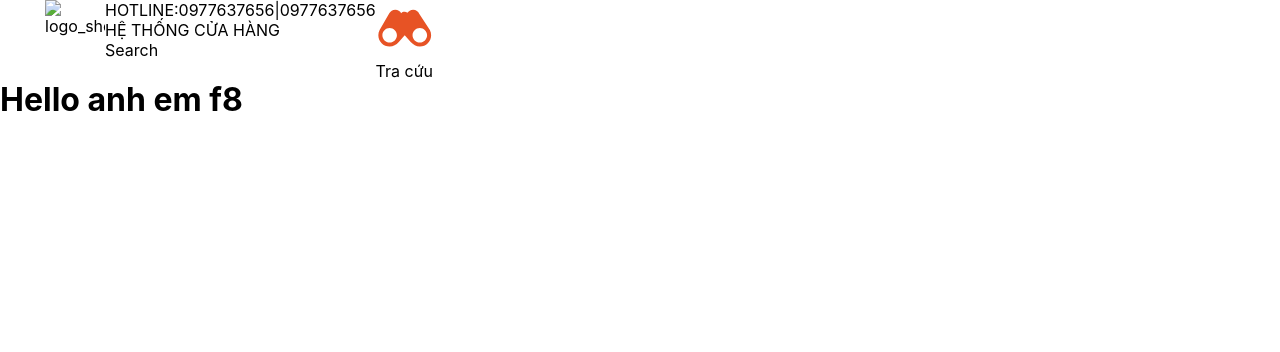
Repository: manhhieu120499/BadmintonShop
Page: /
These files come from the project's save history. The page is drawn as it stood at one moment and after the next save; the edit follows.
The browser window is 1280 px wide. The pictures show the whole page.
The project was rebuilt for these pictures with package versions that can differ from the ones it lists, and the page was loaded fresh each time. Also part of the build but not shown: src/components/Button/Button.module.scss.

Above is the page before, as saved 2024-08-18 17:59:24.

### src/App.js
import './App.css';
import { DefaultLayout } from './layouts/DefaultLayout';

function App() {
	return (
		<DefaultLayout>
			<div className="App">
				<h1>Hello anh em f8</h1>
			</div>
		</DefaultLayout>
	);
}

export default App;

### src/App.css
/*reset css*/
* {
	margin: 0;
	padding: 0;
	box-sizing: border-box;
}

### src/layouts/DefaultLayout/DefaultLayout.js
import classNames from 'classnames/bind';
import styles from './DefaultLayout.module.scss';
import { Header } from '../components/';

const cx = classNames.bind(styles);

function DefaultLayout({ children }) {
	return (
		<div className={cx('container')}>
			<Header />
			{children}
		</div>
	);
}

export default DefaultLayout;

### src/layouts/DefaultLayout/DefaultLayout.module.scss
.container {
	width: 100vw;
	min-height: 100vh;
	background-color: white;
}

### src/layouts/components/Header/Header.js
import classNames from 'classnames/bind';
import styles from './Header.module.scss';
import images from '../../../assets/images';
import Search from '../Search';
import { LookupIcon } from '../../../components/Icons';
import Button from '../../../components/Button';
const cx = classNames.bind(styles);
function Header() {
	return (
		<div className={cx('wrapper')}>
			<img
				className={cx('logo-brand')}
				src={images.logo}
				alt="logo_shop"
			/>
			<div className={cx('header-content')}>
				<div className={cx('info-contact')}>
					{/** icon */}
					<p>
						HOTLINE:
						<span>0977637656</span>
						<span>|</span>
						<span>0977637656</span>
					</p>
				</div>
				<div className={cx('other-company')}>
					{/** icon */}
					<p>HỆ THỐNG CỬA HÀNG</p>
				</div>
				<Search />
			</div>
			<div className={cx('other')}>
				<Button title={'Tra cứu'} Icon={LookupIcon} />
			</div>
		</div>
	);
}

export default Header;

### src/layouts/components/Header/Header.module.scss
.wrapper {
	height: 80px;
	width: 100%;
	padding: 0 45px;
	display: flex;
}

.logo-brand {
	width: 60px;
	height: 60px;
	display: inline-block;
}

### src/assets/images/index.js
const images = {
	logo: require('../images/logo.svg').default,
};

export default images;

### src/layouts/components/Search/Search.js
function Search() {
	return <div>Search</div>;
}

export default Search;

### src/components/Icons/Icon.js
export const LookupIcon = () => {
	return (
		<svg
			version="1.1"
			id="Layer_1"
			xmlns="http://www.w3.org/2000/svg"
			x="0px"
			y="0px"
			viewBox="0 0 850.39 850.39"
		>
			<path
				fill="#E75325"
				d="M797.17,444.28L641.85,206.29c-14.4-37.32-50.59-63.8-92.99-63.8c-35.78,0-67.14,18.86-84.72,47.18
								   c-11.68-9.55-26.59-15.28-42.85-15.28c-18.79,0-35.78,7.65-48.06,20c-16.92-30.92-49.75-51.89-87.48-51.89
								   c-38.92,0-72.61,22.33-89.02,54.86L53.74,443.61c-12.2,23.22-19.14,49.61-19.14,77.61c0,92.32,75.11,167.44,167.44,167.44
								   c55.47,0,95.68-27.91,135.19-68.81l88.06-98.63l88.06,98.63c39.51,36.92,79.72,68.81,135.19,68.81
								   c92.33,0,167.44-75.11,167.44-167.44C815.97,493.49,809.15,467.34,797.17,444.28z M202.03,628.85
								   c-59.45,0-107.64-48.19-107.64-107.64s48.19-107.64,107.64-107.64s107.64,48.19,107.64,107.64S261.48,628.85,202.03,628.85z
									M648.53,628.85c-59.45,0-107.64-48.19-107.64-107.64s48.19-107.64,107.64-107.64s107.64,48.19,107.64,107.64
								   S707.98,628.85,648.53,628.85z"
			></path>
		</svg>
	);
};

export const UserIcon = () => {
	return (
		<svg
			xmlns="http://www.w3.org/2000/svg"
			viewBox="0 0 245.86 244.44"
			fill="#E95221"
		>
			<path
				d="M249.31,163.93H225.14a16.46,16.46,0,0,0-13.49,7l-16.9,24.18a16.46,16.46,0,0,1-27.12-.18l-16.17-23.82a16.48,16.48,0,0,0-13.62-7.22H114.11a55.34,55.34,0,0,0-55.33,55.34v24.55A8.23,8.23,0,0,0,67,252.06h229.4a8.24,8.24,0,0,0,8.23-8.24V219.27A55.34,55.34,0,0,0,249.31,163.93Zm-67.57-20.58a67.87,67.87,0,1,0-67.86-67.87A67.86,67.86,0,0,0,181.74,143.35Z"
				transform="translate(-58.78 -7.61)"
			></path>
		</svg>
	);
};

export const ShoppingCart = () => {
	return (
		<svg
			xmlns="http://www.w3.org/2000/svg"
			viewBox="0 0 265.71 247.92"
			fill="#E95221"
		>
			<path
				d="M298.21,71.39a14.93,14.93,0,0,0-17.88,11.2l-17.21,75-129.91-1.2L101.9,31.17a15,15,0,0,0-7.28-9.46L66.2,6.08A14.92,14.92,0,0,0,51.82,32.23L74.53,44.72l31.89,127.52L89.25,185.79A8.52,8.52,0,0,0,86,192.48v21.31a8.52,8.52,0,0,0,8.4,8.53l24.06.34A17,17,0,1,0,142,223l112.53,1.58a17,17,0,1,0,26.94.38l14.67.2h.13a8.53,8.53,0,0,0,.11-17l-193.35-2.72v-8.77l14.18-11.2a14.36,14.36,0,0,0,4.15.67l153.44,1.43H275a14.93,14.93,0,0,0,14.54-11.59l19.91-86.66A14.93,14.93,0,0,0,298.21,71.39Z"
				transform="translate(-44.09 -4.24)"
				strokeMiterlimit="10"
				strokeLinecap="round"
				strokeLinejoin="round"
			></path>
			<path
				d="M233.64,77.44H219.77V37.3a8.91,8.91,0,0,0-8.91-8.91H184.14a8.91,8.91,0,0,0-8.9,8.91V77.44H161.37c-6.14,0-8.16,4-4.5,9l10.32,13.84,13.33,17.9L190.84,132c3.67,4.92,9.67,4.92,13.33,0l10.32-13.85,13.33-17.9,10.32-13.84C241.8,81.46,239.78,77.44,233.64,77.44Z"
				transform="translate(-44.09 -4.24)"
				strokeMiterlimit="10"
				strokeLinecap="round"
				strokeLinejoin="round"
			></path>
		</svg>
	);
};

### src/components/Button/Button.js
import classNames from 'classnames/bind';
import styles from './Button.module.scss';

const cx = classNames.bind(styles);

function Button({ title, Icon, onClick }) {
	return (
		<div className={cx('wrapper')} onClick={onClick}>
			<Icon />
			<p>{title}</p>
		</div>
	);
}

export default Button;

Loaded but not shown: public/index.html (common file); src/index.js (common file); src/index.css (common file); src/reportWebVitals.js (common file); src/layouts/DefaultLayout/index.js (common file); src/layouts/components/index.js (common file); src/layouts/components/Header/index.js (common file); src/layouts/components/Search/index.js (common file); src/components/Icons/index.js (common file); src/components/Button/index.js (common file)

After the next save:
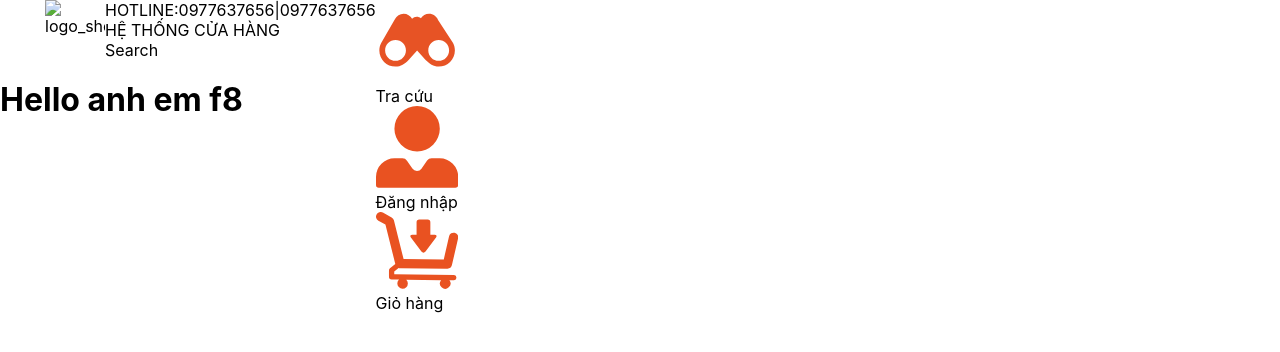
Saved 62 s later.
--- a/src/layouts/components/Header/Header.js
+++ b/src/layouts/components/Header/Header.js
@@ -2,7 +2,7 @@ import classNames from 'classnames/bind';
 import styles from './Header.module.scss';
 import images from '../../../assets/images';
 import Search from '../Search';
-import { LookupIcon } from '../../../components/Icons';
+import { LookupIcon, ShoppingCart, UserIcon } from '../../../components/Icons';
 import Button from '../../../components/Button';
 const cx = classNames.bind(styles);
 function Header() {
@@ -31,6 +31,8 @@ function Header() {
 			</div>
 			<div className={cx('other')}>
 				<Button title={'Tra cứu'} Icon={LookupIcon} />
+				<Button title={'Đăng nhập'} Icon={UserIcon} />
+				<Button title={'Giỏ hàng'} Icon={ShoppingCart} />
 			</div>
 		</div>
 	);
